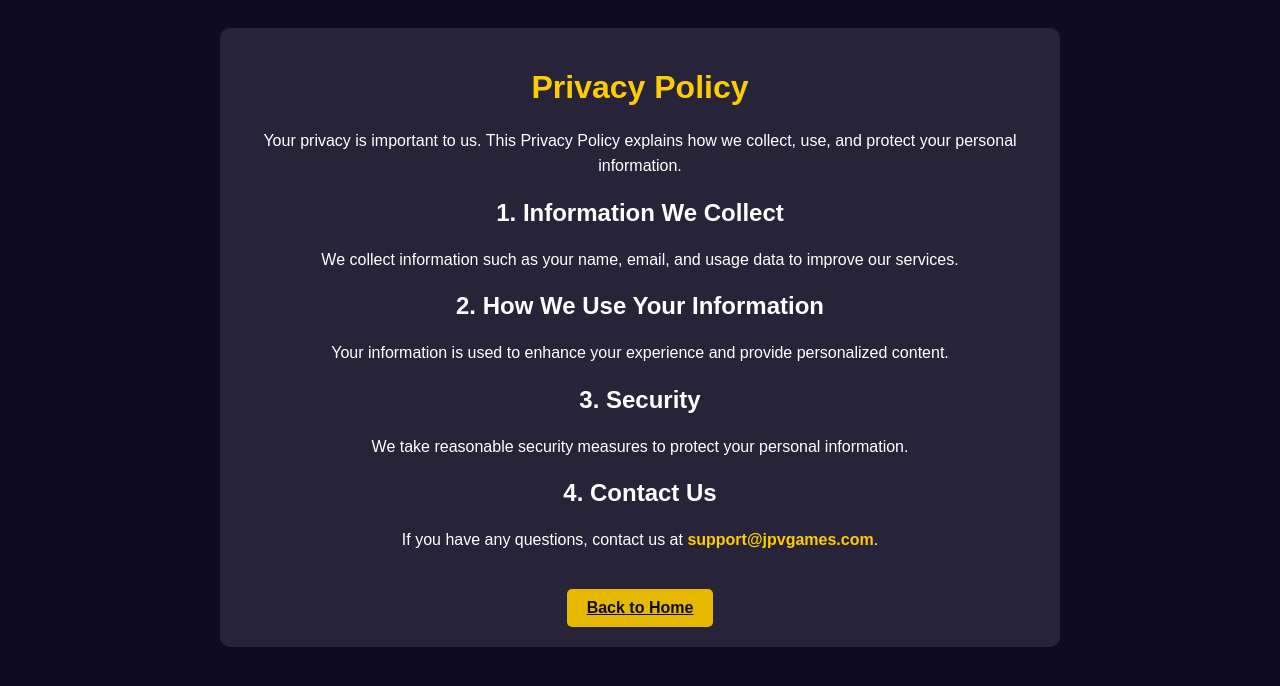
Repository: meenadabhii/jpygames.com
Page: http://localhost/privacy-policy.html
These files come from the project's save history. The page is drawn as it stood at one moment and after a run of saves; the edit follows.
The browser window is 1280 px wide. The pictures show the whole page.
The pointer rests on the first visible `.button`.
The page is served by the project's Node server (nodejs/app.js).

Above is the page before, as saved 2025-02-07 16:09:58.

### nodejs/views/privacy-policy.html
<!DOCTYPE html>
<html lang="en">
<head>
    <meta charset="UTF-8">
    <meta name="viewport" content="width=device-width, initial-scale=1.0">
    <title>Privacy Policy</title>
    <style>
        body {
            background-color: #0e0b23; /* Dark background */
            color: #ffffff; /* White text */
            font-family: Arial, sans-serif;
            text-align: center;
            padding: 20px;
        }

        .container {
            max-width: 800px;
            margin: auto;
            background: rgba(255, 255, 255, 0.1);
            padding: 20px;
            border-radius: 10px;
        }

        h1 {
            color: #ffcc00;
        }

        p {
            line-height: 1.6;
        }

        a {
            color: #ffcc00;
            text-decoration: none;
            font-weight: bold;
        }

        a:hover {
            text-decoration: underline;
        }

        .button {
            display: inline-block;
            background: #ffcc00;
            color: #0e0b23;
            padding: 10px 20px;
            border-radius: 5px;
            margin-top: 20px;
            text-decoration: none;
            font-weight: bold;
        }

        .button:hover {
            background: #e6b800;
        }
    </style>
</head>
<body>
    <div class="container">
        <h1>Privacy Policy</h1>
        <p>Your privacy is important to us. This Privacy Policy explains how we collect, use, and protect your personal information.</p>

        <h2>1. Information We Collect</h2>
        <p>We collect information such as your name, email, and usage data to improve our services.</p>

        <h2>2. How We Use Your Information</h2>
        <p>Your information is used to enhance your experience and provide personalized content.</p>

        <h2>3. Security</h2>
        <p>We take reasonable security measures to protect your personal information.</p>

        <h2>4. Contact Us</h2>
        <p>If you have any questions, contact us at <a href="mailto:support@jpvgames.com">support@jpvgames.com</a>.</p>

        <a href="/" class="button">Back to Home</a>
    </div>
</body>
</html>

### nodejs/app.js

const express = require('express')
const app = express()
const port = 6600
const ejs = require('ejs')
const path = require('path')
const fs = require('fs')

app.use(express.static('public'))
app.set('views', path.join(__dirname,'/views'))
app.set('view engine', 'ejs')

const games = JSON.parse(fs.readFileSync('./game.json','utf-8'));

app.use(express.static(path.join(__dirname, 'public')));

app.get('/privacy-policy.html', (req, res) => {
    res.sendFile(path.join(__dirname, 'views', 'privacy-policy.html'));
});

app.get('/', (req, res) => {
    return res.render('home',{games});
})

app.get('/game/:name', (req, res) => {
    const find = games.filter(i => i.slug == req.params.name);
    const newdata = [...Array(8)].map(i => games[(Math.floor(Math.random() * games.length))]);

    if (!find.length) {
        return res.send('404')
    }
    return res.render('singel',{data:find[0], newdata});
})

app.get('/category/:name', (req, res) => {
    const find = games.filter(i => i.type == req.params.name);
    if (!find.length) {
        return res.send('404')
    }
    return res.render('category',{data:find});
})

app.get('/game/:name/play', (req, res) => {
    const find = games.filter(i => i.slug == req.params.name);
    if (!find.length) {
        return res.send('404')
    }
    return res.render('play',{data:find[0]});
})

app.listen(port, () => {
    console.log(`Example app listening on port ${port}`)
})

### nodejs/game.json
[
    {
        "slug":"up-hill-racing",
        "name":"Up Hill Racing",
        "img":"/image/uphillracing.png",
        "type":"sport",
        "url":"https://softgames.cdn.start.gg/9mw8rk6nb6kr/v2/index.html"
    },

    {
        "slug":"midnight-pool-classic",
        "name":"Midnight Pool Classic",
        "img":"/image/midnightpoolclassic.png",
        "type":"sport",
        "url":"https://poolrush.frvr.com/"
    },
    {
        "slug":"gameloft-sports-minigame",
        "name":"Gameloft Sports Minigame",
        "img":"/image/gameloftsportsminigame.png",
        "type":"action",
        "url":"https://cdn.ludigames.com/microsoft/start-gameloftSportsMinigameCollection/08-cdn/h5/gameloftSportsMinigameCollectionFree/play.html"
    },

    {
        "slug":"bike-racing",
        "name":"Bike Racing",
        "img":"/image/bikeracing.png",
        "type":"sport",
        "url":"https://softgames.cdn.start.gg/9pjmwr3lfc0d/v5/index.html"
    },
    {
        "slug":"solitaire-champions",
        "name":"Solitaire Champions",
        "img":"/image/solitairechampions.png",
        "type":"sport",
        "url":"https://hammerplay.cdn.start.gg/9nf29519b076/v1/index.html"
    },
    {
        "slug":"bubble-fall",
        "name":"Bubble Fall",
        "img":"/image/bubblefall.png",
        "type":"arcade",
        "url":"https://html5.suncs.io/bubble-fall/msg/"
    },

    {
        "slug":"idle-mining-empire",
        "name":"Idle Mining Empire",
        "img":"/image/idleminingempire.png",
        "type":"action",
        "url":"https://marketjs.cdn.start.gg/9n3wz0fzx1hr/v27/index.html"
    },
    {
        "slug":"harbor-operator",
        "name":"Harbor Operator",
        "img":"/image/harboroperator.png",
        "type":"action",
        "url":"https://marketjs.cdn.start.gg/9pbd0qpb8kwz/v5/index.html"
    },
    {
        "slug":"backgammon",
        "name":"Backgammon",
        "img":"/image/backgammon.png",
        "type":"arcade",
        "url":"https://marketjs.cdn.start.gg/9n7mfxkl7w06/v5/index.html"
    },
    {
        "slug":"hotel-manager",
        "name":"Hotel Manager",
        "img":"/image/hotelmanager.png",
        "type":"arcade",
        "url":"https://codethislab.cdn.start.gg/9mt20fq1f5zj/v1/index.html"
    },
    {
        "slug":"ultimate-tic-tac-toe",
        "name":"Ultimate Tic Tac Toe",
        "img":"/image/ultimatetictactoe.png",
        "type":"arcade",
        "url":"https://codethislab.cdn.start.gg/9p4z7gtl3mlh/v9/index.html"
    },
    {
        "slug":"island-of-treasures",
        "name":"Island of Treasures",
        "img":"/image/islandoftreasures.png",
        "type":"action",
        "url":"https://hammerplay.cdn.start.gg/9pk306zzrpr5/v6/index.html"
    },
    {
        "slug":"blackjack",
        "name":"Blackjack",
        "img":"/image/blackjack.png",
        "type":"sport",
        "url":"https://codethislab.cdn.start.gg/9mt4hk2d6rcn/v1/index.html"
    },
    {
        "slug":"roulette-royale",
        "name":"Roulette Royale",
        "img":"/image/rouletteroyale.png",
        "type":"sport",
        "url":"https://codethislab.cdn.start.gg/9pmdqv93xn3r/v1/index.html"
    },
    {
        "slug":"mk48",
        "name":"Mk48",
        "img":"/image/mk48.png",
        "type":"action",
        "url":"https://microsoft.mk48.io/"
    },
    {
        "slug":"parking-block",
        "name":"Parking Block",
        "img":"/image/parking-block.png",
        "type":"sport",
        "url":"https://codethislab.cdn.start.gg/9mwhlgqzrsf2/v1/index.html"
    },
    {
        "slug":"code-bananas",
        "name":"Code Bananas",
        "img":"/image/code-bananas.png",
        "type":"action",
        "url":"https://marketjs.cdn.start.gg/9nt6qmtc0mnc/v3/index.html"
    },
    {
        "slug":"stack-the-containers",
        "name":"Stack The Containers",
        "img":"/image/stack-the-containers.png",
        "type":"arcade",
        "url":"https://marketjs.cdn.start.gg/9pk2c9cd597r/v4/index.html"
    },
    {
        "slug":"secrets-of-charmland",
        "name":"Secrets of Charmland",
        "img":"/image/secrets-of-charmland.png",
        "type":"arcade",
        "url":"https://adventure.cleverappssg.com/publish/html5/msstart/"
    },
    {
        "slug":"stickman-brawl",
        "name":"Stickman Brawl",
        "img":"/image/stickman-brawl.png",
        "type":"arcade",
        "url":"https://marketjs.cdn.start.gg/9pmxzdnh0xcq/v9/index.html"
    },
    {
        "slug":"bricks-breaker-deluxe-crusher",
        "name":"Bricks Breaker Deluxe Crusher",
        "img":"/image/bricks-breaker-deluxe-crusher.png",
        "type":"arcade",
        "url":"https://playzool.com/games/bricksBreaker/"
    },
    {
        "slug":"planet-chaos",
        "name":"Planet Chaos",
        "img":"/image/planet-chaos.png",
        "type":"arcade",
        "url":"https://hammerplay.cdn.start.gg/9mtndqf7rjgg/v6/index.html"
    },

    {
        "slug":"jewel-academy",
        "name":"Jewel Academy",
        "img":"/image/jewel-academy.png",
        "type":"arcade",
        "url":"https://cdn.games.mobinozer.com/ext/msn/msn-jewel-academy/prod-msn/v7/"
    },
    {
        "slug":"tile-connect-master",
        "name":"Tile Connect Master",
        "img":"/image/tile-connect-master.png",
        "type":"arcade",
        "url":"https://tile-connect.sunfs.app/ms-games/"
    },
    {
        "slug":"4-pics-1-word",
        "name":"4 Pics 1 Word",
        "img":"/image/4-pics-1-word.png",
        "type":"arcade",
        "url":"https://start.4pics1word.app/"
    },
    {
        "slug":"candy-world-match3-mania",
        "name":"Candy World : match3 mania",
        "img":"/image/candy-world-match3-mania.png",
        "type":"arcade",
        "url":"https://playzool.com/games/candyWorldMM/"
    },
    {
        "slug":"spades",
        "name":"Spades",
        "img":"/image/spades.png",
        "type":"arcade",
        "url":"https://marketjs.cdn.start.gg/9n965bpl2zp1/v12/index.html"
    },
    {
        "slug":"candy-riddles-free-match-3-puzzle",
        "name":"Candy Riddles: Free Match 3 Puzzle",
        "img":"/image/candy-riddles-free-match-3-puzzle.png",
        "type":"arcade",
        "url":"https://riddles.labsystech.ru/publish/html5/msstart/"
    },

    {
        "slug":"cricket-frvr",
        "name":"Cricket FRVR",
        "img":"/image/cricket-frvr.png",
        "type":"sport",
        "url":"https://cricket.frvr.com/"
    },
    {
        "slug":"rally-champion",
        "name":"Rally Champion",
        "img":"/image/rally-champion.png",
        "type":"sport",
        "url":"https://marketjs.cdn.start.gg/9pmdcq52j3hj/v1/index.html"
    },

    {
        "slug":"hunter-hitman",
        "name":"Hunter Hitman",
        "img":"/image/hunter-hitman.png",
        "type":"action",
        "url":"https://marketjs.cdn.start.gg/9n8bq7npxbfw/v9/index.html"
    },

    {
        "slug":"bubbles",
        "name":"Bubbles",
        "img":"/image/bubbles.png",
        "type":"arcade",
        "url":"https://cdn.games.mobinozer.com/ext/msn/msn-bubbles/prod/v1/"
    },
    {
        "slug":"kite-play",
        "name":"Kite Play",
        "img":"/image/kite-play.png",
        "type":"action",
        "url":"https://cdn.ludigames.com/microsoft/start-kite/06-cdn/h5/kiteFree/play.html"
    },
    {
        "slug":"idle-hotel-empire",
        "name":"Idle Hotel Empire",
        "img":"/image/idle-hotel-empire.png",
        "type":"arcade",
        "url":"https://marketjs.cdn.start.gg/9n4rmz09hx1v/v7/index.html"
    },
    {
        "slug":"blockbuster-adventures-puzzle",
        "name":"BlockBuster: Adventures Puzzle",
        "img":"/image/blockbuster-adventures-puzzle.png",
        "type":"arcade",
        "url":"https://woodenblock.cleverappssg.com/publish/html5/msstart/"
    },
    {
        "slug":"ludo-classic-a-dice-game",
        "name":"Ludo classic : a dice game",
        "img":"/image/ludo-classic-a-dice-game.png",
        "type":"arcade",
        "url":"https://playzool.com/games/ludoClassicADG/"
    },
    {
        "slug":"basketball-all-stars",
        "name":"Basketball All Stars",
        "img":"/image/basketball-all-stars.png",
        "type":"sport",
        "url":"https://softgames.cdn.start.gg/9ndkp76s2h24/v10/index.html"
    },
    {
        "slug":"designville",
        "name":"Designville",
        "img":"/image/designville.png",
        "type":"arcade",
        "url":"https://ms-start.designville-merge.g.tapclap.com/"
    },
    {
        "slug":"darts-pro",
        "name":"Darts Pro",
        "img":"/image/darts-pro.png",
        "type":"sport",
        "url":"https://codethislab.cdn.start.gg/9n3n198l6zpj/v3/index.html"
    },
    {
        "slug":"pinball-basketball",
        "name":"Pinball Basketball",
        "img":"/image/pinball-basketball.png",
        "type":"sport",
        "url":"https://marketjs.cdn.start.gg/9n4wl4c46knl/v1/index.html"
    },
    {
        "slug":"midnight-pool-classic",
        "name":"Midnight Pool Classic",
        "img":"/image/midnight-pool-classic.png",
        "type":"sport",
        "url":"https://cdn.ludigames.com/microsoft/start-midnightPoolClassic/09-cdn/h5/midnightPoolClassicFree/"
    },
    {
        "slug":"dinosaurs-merge-master",
        "name":"Dinosaurs Merge Master",
        "img":"/image/dinosaurs-merge-master.png",
        "type":"action",
        "url":"https://dinosaurs-merge-master.sunfs.app/ms-games/"
    },
    {
        "slug":"drift-boss",
        "name":"Drift Boss",
        "img":"/image/drift-boss.png",
        "type":"action",
        "url":"https://marketjs.cdn.start.gg/9p4mrh7g580x/v10/index.html"
    },
    {
        "slug":"santa-parkour",
        "name":"Santa Parkour",
        "img":"/image/santa-parkour.png",
        "type":"arcade",
        "url":"https://marketjs.cdn.start.gg/9n7c9gz12jtz/v4/index.html"
    },
    {
        "slug":"rachel-holmes-find-differences",
        "name":"Rachel Holmes: find differences",
        "img":"/image/rachel-holmes-find-differences.png",
        "type":"arcade",
        "url":"https://differences.cleverappssg.com/publish/html5/msstart/"
    },
    {
        "slug":"liquid-puzzle-sort-the-colors",
        "name":"Liquid puzzle: sort the colors",
        "img":"/image/liquid-puzzle-sort-the-colors.png",
        "type":"arcade",
        "url":"https://playzool.com/games/liquidPuzzleSTC/"
    },
    {
        "slug":"puzzle-daily",
        "name":"Puzzle Daily",
        "img":"/image/puzzle-daily.png",
        "type":"arcade",
        "url":"https://puzzleplayz.us/g/tcap?domain=msngames.tribunecontentagency.com"
    },
    {
        "slug":"wood-block-puzzle",
        "name":"Wood Block Puzzle",
        "img":"/image/wood-block-puzzle.png",
        "type":"arcade",
        "url":"https://softgames.cdn.start.gg/9n81bzp5knxp/v10/index.html"
    },
    {
        "slug":"monopoly-sudoku",
        "name":"Monopoly Sudoku",
        "img":"/image/monopoly-sudoku.png",
        "type":"arcade",
        "url":"https://cdn.games.mobinozer.com/ext/monopoly_sudoku_microsoft/prod/3.1.3-0/"
    },
    {
        "slug":"solitaire-mahjong-juicy",
        "name":"Solitaire Mahjong Juicy",
        "img":"/image/solitaire-mahjong-juicy.png",
        "type":"arcade",
        "url":"https://softgames.cdn.start.gg/9pnq8c4vgsnr/v5/index.html"
    },
    {
        "slug":"merge-alphabet",
        "name":"Merge Alphabet",
        "img":"/image/merge-alphabet.png",
        "type":"arcade",
        "url":"https://marketjs.cdn.start.gg/9p46mtb82zkh/v19/index.html"
    },
    {
        "slug":"classic-nonogram",
        "name":"Classic Nonogram",
        "img":"/image/classic-nonogram.png",
        "type":"arcade",
        "url":"https://codethislab.cdn.start.gg/9np2059nr3db/v24/index.html"
    },
    {
        "slug":"ultimate-sudoku",
        "name":"Ultimate Sudoku",
        "img":"/image/ultimate-sudoku.png",
        "type":"arcade",
        "url":"https://codethislab.cdn.start.gg/9nkxp0kxmpdz/v1/index.html"
    },
    {
        "slug":"kubok-999",
        "name":"Kubok 999",
        "img":"/image/kubok-999.png",
        "type":"arcade",
        "url":"https://kubok.it/games/kubok-999/index-70.html"
    },
    {
        "slug":"lights",
        "name":"lights",
        "img":"/image/lights.png",
        "type":"arcade",
        "url":"https://codethislab.cdn.start.gg/9nkbwk7x5858/v1/index.html"
    },
    {
        "slug":"parking-panic",
        "name":"Parking panic",
        "img":"/image/parking-panic.png",
        "type":"arcade",
        "url":"https://playzool.com/games/parkingPanic/"
    }
]

After the next 3 saves:
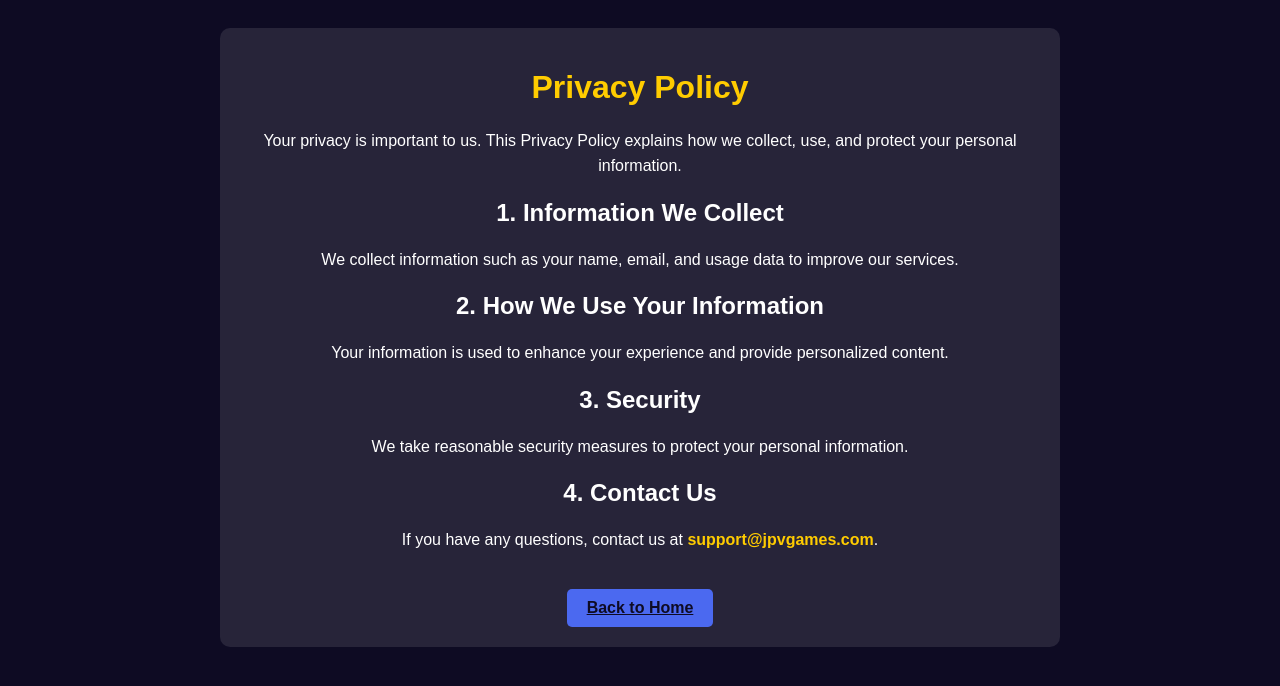
The 3 saves are shown as one change because they came seconds apart.
The last was saved 77 s later.
--- a/nodejs/views/privacy-policy.html
+++ b/nodejs/views/privacy-policy.html
@@ -51,7 +51,7 @@
         }
 
         .button:hover {
-            background: #e6b800;
+            background: #4b69f0;
         }
     </style>
 </head>
